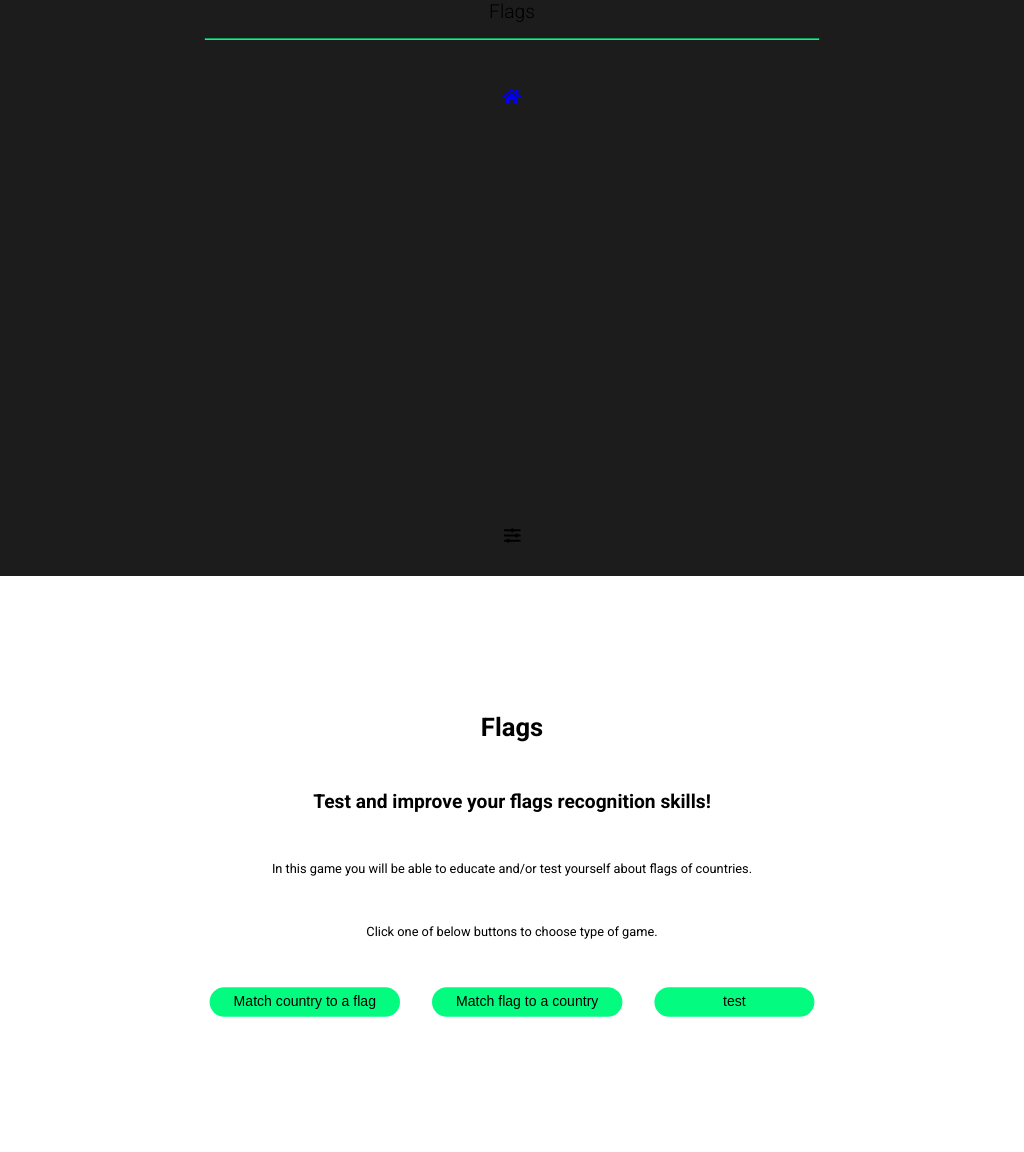
Repository: RXBVK/Flags
Page: /
The author's editor kept a copy of each file at every save. The page is drawn from the files as they stood at one save, then again after the next save.
The browser window is 1280 px wide. The pictures show the whole page, at 80% of full size.
The project was rebuilt for these pictures with package versions that can differ from the ones it lists, and the page was loaded fresh each time.

Above is the page before, as saved 2021-06-29 16:40:29.

### public/index.html
<!DOCTYPE html>
<html lang="en">

<head>
  <meta charset="utf-8" />
  <link rel="icon" href="%PUBLIC_URL%/favicon.ico" />
  <meta name="viewport" content="width=device-width, initial-scale=1" />
  <meta name="theme-color" content="#000000" />
  <meta name="description" content="Web site created using create-react-app" />
  <link rel="apple-touch-icon" href="%PUBLIC_URL%/logo192.png" />
  <!--
      manifest.json provides metadata used when your web app is installed on a
      user's mobile device or desktop. See https://developers.google.com/web/fundamentals/web-app-manifest/
    -->
  <link rel="manifest" href="%PUBLIC_URL%/manifest.json" />
  <link rel="preconnect" href="https://fonts.googleapis.com">
  <link rel="preconnect" href="https://fonts.gstatic.com" crossorigin>
  <link href="https://fonts.googleapis.com/css2?family=Roboto:wght@100;300;400;500;700;900&display=swap"
    rel="stylesheet">
  <!--
      Notice the use of %PUBLIC_URL% in the tags above.
      It will be replaced with the URL of the `public` folder during the build.
      Only files inside the `public` folder can be referenced from the HTML.

      Unlike "/favicon.ico" or "favicon.ico", "%PUBLIC_URL%/favicon.ico" will
      work correctly both with client-side routing and a non-root public URL.
      Learn how to configure a non-root public URL by running `npm run build`.
    -->
  <title>Learn Countries Flags</title>
</head>

<body>
  <noscript>You need to enable JavaScript to run this app.</noscript>
  <div id="root"></div>
  <!--
      This HTML file is a template.
      If you open it directly in the browser, you will see an empty page.

      You can add webfonts, meta tags, or analytics to this file.
      The build step will place the bundled scripts into the <body> tag.

      To begin the development, run `npm start` or `yarn start`.
      To create a production bundle, use `npm run build` or `yarn build`.
    -->
</body>

</html>

### src/App.js
import Navigation from "./components/Navigation/Navigation";
import { BrowserRouter as Router } from "react-router-dom";

function App() {
  return (
    <>
      <Router>
        <Navigation />
      </Router>
    </>
  );
}

export default App;

### src/components/Navigation/Navigation.js
import React, { useState } from "react";
import { Switch, Route, NavLink } from "react-router-dom";
import { faHome, faSlidersH } from "@fortawesome/free-solid-svg-icons";
import { FontAwesomeIcon } from "@fortawesome/react-fontawesome";
import Divider from "../../utils/Divider";
import Home from "../Home/Home";
import "./Navigation.css";

export default function Navigation() {
  return (
    <>
      <div className="navigation">
        <logo className="navigation__logo">Flags</logo>
        <Divider width={60} height={3} />
        <div className="navigation__menu">
          <NavLink exact to="/">
            <FontAwesomeIcon icon={faHome} />
          </NavLink>
        </div>
        <FontAwesomeIcon icon={faSlidersH} />
      </div>
      <Switch>
        <Route exact path="/">
          <Home />
        </Route>
        {/* <Route>
                        <NotFound />
                    </Route> */}
      </Switch>
    </>
  );
}

### src/utils/Divider.js
import React from "react";

export default function Divider(props) {
  return (
    <div
      style={{
        width: `${props.width}%`,
        height: `${props.height}px`,
        backgroundColor: "#03fc80",
      }}
    ></div>
  );
}

### src/components/Home/Home.js
import React from "react";

export default function Home() {
  return (
    <div className="container">
      <h1>Flags</h1>
      <h2>Test and improve your flags recognition skills!</h2>
      <p>
        In this game you will be able to educate and/or test yourself about
        flags of countries.
      </p>
      <p>Click one of below buttons to choose type of game.</p>
      <div>
        <button className="button button--basic">
          Match country to a flag
        </button>
        <button className="button button--basic">
          Match flag to a country
        </button>
        <button className="button button--basic">test</button>
      </div>
    </div>
  );
}

### src/components/Navigation/Navigation.css
.container {
  position: relative;
  display: -webkit-box;
  display: -ms-flexbox;
  display: flex;
  -webkit-box-orient: vertical;
  -webkit-box-direction: normal;
      -ms-flex-direction: column;
          flex-direction: column;
  -webkit-box-pack: center;
      -ms-flex-pack: center;
          justify-content: center;
  -webkit-box-align: center;
      -ms-flex-align: center;
          align-items: center;
  text-align: center;
  width: 100%;
  height: 100vh;
  overflow-y: auto;
}

.button {
  border: none;
  border-radius: 25px;
  cursor: pointer;
  -webkit-transition: all 200ms linear;
  transition: all 200ms linear;
}

.button--basic {
  min-width: 200px;
  min-height: 35px;
  background-color: #03fc80;
  font-size: 1.1em;
  margin: 0 20px;
  padding: 8px 30px;
}

.button--basic:hover {
  -webkit-filter: brightness(80%);
          filter: brightness(80%);
}

.button--answer {
  min-width: 250px;
  min-height: 40px;
  font-size: 1em;
  padding: 8px 30px;
  background-color: transparent;
  color: white;
  border: 2px solid #03fc80;
}

.button--answer:hover {
  background-color: #03fc80;
  color: black;
}

.button--light-border {
  border: 1px solid #03fc80;
  border-radius: 0;
  padding: 10px 40px;
}

.button--light-border:hover {
  background-color: #03fc80;
  color: black;
}

.game__container {
  display: -webkit-box;
  display: -ms-flexbox;
  display: flex;
  -webkit-box-orient: vertical;
  -webkit-box-direction: normal;
      -ms-flex-direction: column;
          flex-direction: column;
  -webkit-box-align: center;
      -ms-flex-align: center;
          align-items: center;
  -webkit-box-pack: center;
      -ms-flex-pack: center;
          justify-content: center;
  height: 100%;
  width: 100%;
}

.answers {
  display: -ms-grid;
  display: grid;
  margin: 60px 0 20px 0;
}

@media (max-width: 1000px) {
  .answers {
    -ms-grid-columns: (1fr)[1];
        grid-template-columns: repeat(1, 1fr);
    gap: 25px 0;
    width: 95%;
  }
}

@media (min-width: 1001px) {
  .answers {
    -ms-grid-columns: (1fr)[2];
        grid-template-columns: repeat(2, 1fr);
    gap: 25px 20px;
  }
}

::-webkit-scrollbar {
  width: 10px;
}

/* Track */
::-webkit-scrollbar-track {
  background: #1c1c1c;
}

/* Handle */
::-webkit-scrollbar-thumb {
  background: #2f2f2f;
  border-radius: 10px;
}

/* Handle on hover */
::-webkit-scrollbar-thumb:hover {
  background: #393939;
}

.game__score,
.game__time {
  position: absolute;
  bottom: 30px;
}

.game__score {
  left: 30px;
}

.game__time {
  right: 30px;
}

@media (min-width: 1001px) {
  .container > * {
    margin: 30px 0;
  }
}

.navigation {
  min-width: 150px;
  height: 100vh;
  background-color: #1c1c1c;
  display: -webkit-box;
  display: -ms-flexbox;
  display: flex;
  -webkit-box-orient: vertical;
  -webkit-box-direction: normal;
      -ms-flex-direction: column;
          flex-direction: column;
  -webkit-box-align: center;
      -ms-flex-align: center;
          align-items: center;
  overflow-y: auto;
}

.navigation > * {
  margin: 20px 0;
}

.navigation > :first-child {
  margin-top: 20px;
}

.navigation > :last-child {
  margin-bottom: 40px;
}

.navigation .navigation__logo {
  font-size: 1.5em;
  position: relative;
  font-weight: 300;
  margin: 0;
}

.navigation .navigation__menu {
  display: -webkit-box;
  display: -ms-flexbox;
  display: flex;
  -webkit-box-orient: vertical;
  -webkit-box-direction: normal;
      -ms-flex-direction: column;
          flex-direction: column;
  -webkit-box-align: center;
      -ms-flex-align: center;
          align-items: center;
  height: 100%;
}

.navigation .navigation__menu > * {
  margin: 20px 0;
}

.navigation svg {
  font-size: 1.3em;
  cursor: pointer;
}

@media (max-width: 1000px) {
  .navigation {
    display: none;
  }
}
/*# sourceMappingURL=Navigation.css.map */

Loaded but not shown: src/index.js (common file); src/index.css (common file); src/reportWebVitals.js (common file)

After the next save:
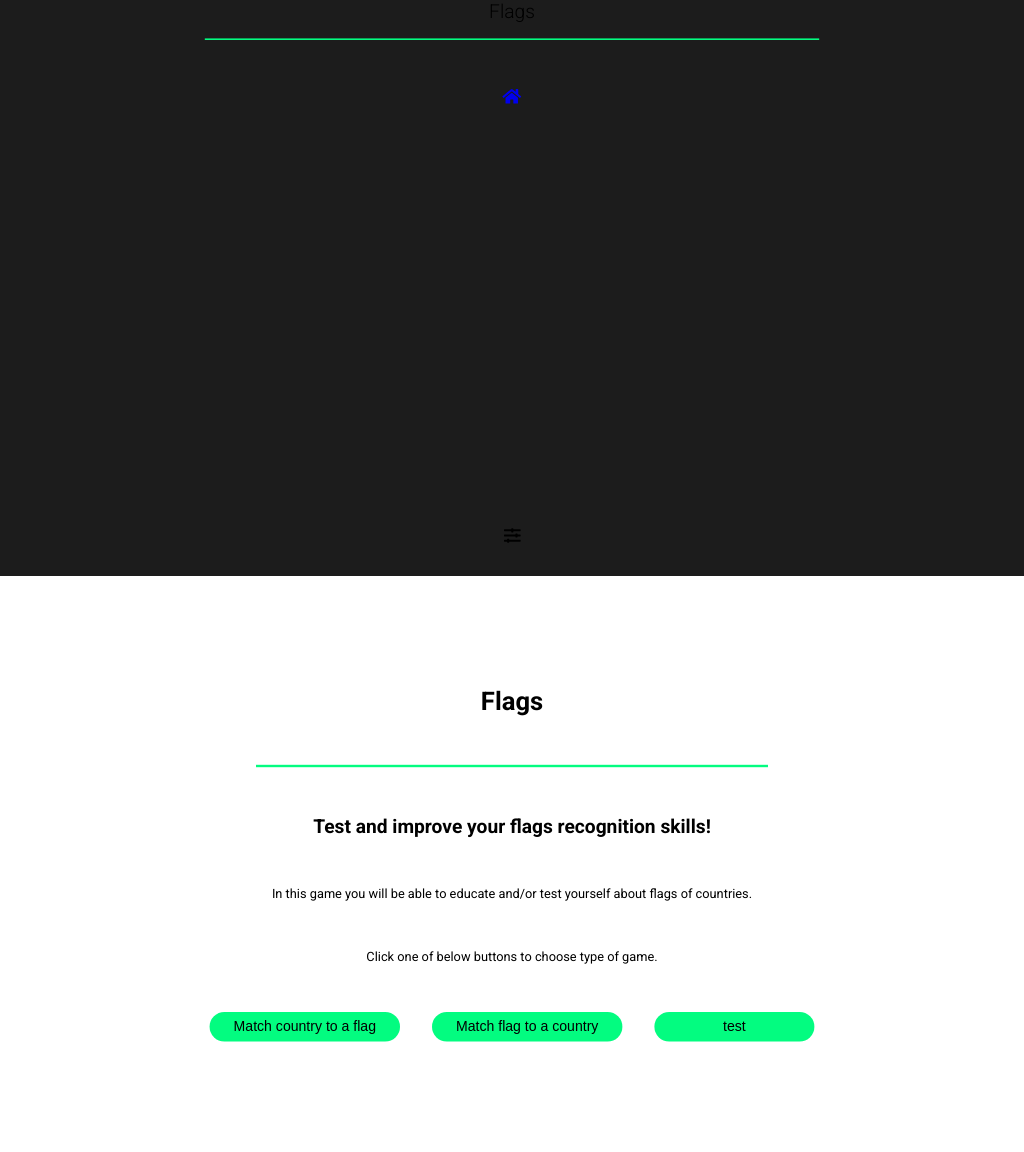
Saved 42 s later.
--- a/src/components/Home/Home.js
+++ b/src/components/Home/Home.js
@@ -1,9 +1,11 @@
 import React from "react";
+import Divider from "../../utils/Divider";
 
 export default function Home() {
   return (
     <div className="container">
       <h1>Flags</h1>
+      <Divider height={3} width={50} />
       <h2>Test and improve your flags recognition skills!</h2>
       <p>
         In this game you will be able to educate and/or test yourself about
